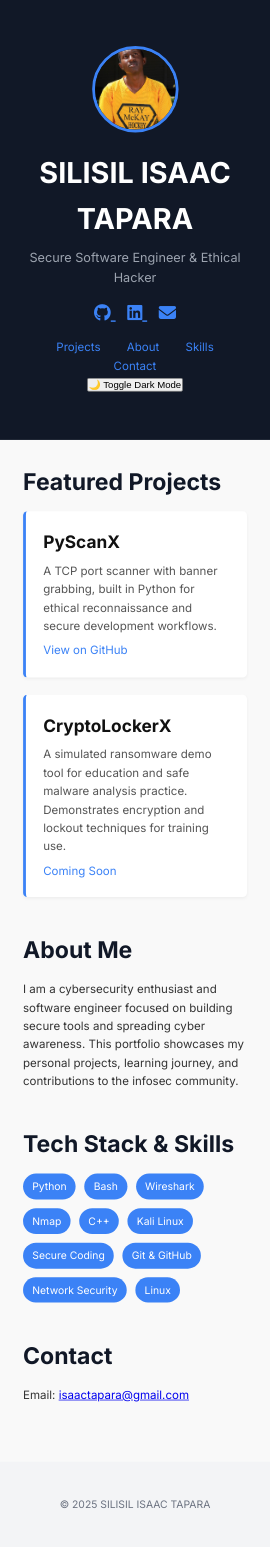
Repository: isaactapara/isaactapara.github.io
Page: index.html
The author's editor kept a copy of each file at every save. The page is drawn from the files as they stood at one save, then again after the next save.
The browser window is 375 px wide. The pictures show the whole page, at 72% of full size.
Some web libraries are served in a nearby version.

Above is the page before, as saved 2025-07-17 10:38:12.

After the next save:
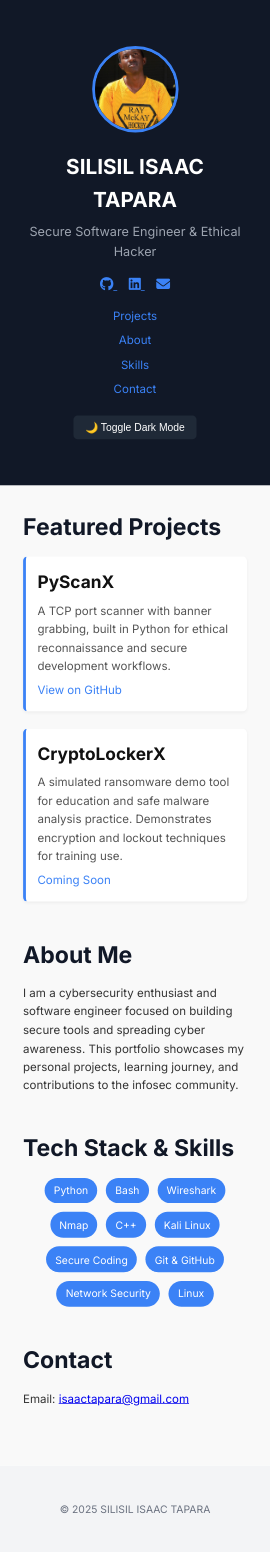
Saved 20 s later.
--- a/style.css
+++ b/style.css
@@ -120,6 +120,18 @@ footer {
 .social-icons a:hover {
   color: #1e40af;
 }
+
+#darkModeToggle {
+  margin-top: 1rem;
+  padding: 0.5rem 1rem;
+  background-color: #1f2937;
+  color: white;
+  border: none;
+  border-radius: 6px;
+  cursor: pointer;
+  font-size: 0.9rem;
+}
+
 .skills-grid {
   display: flex;
   flex-wrap: wrap;
@@ -134,3 +146,50 @@ footer {
   font-size: 0.9rem;
   font-weight: 500;
 }
+
+/* Dark Mode Styles */
+.dark-mode {
+  background-color: #111827;
+  color: #e5e7eb;
+}
+
+.dark-mode .project-card {
+  background-color: #1f2937;
+  border-left-color: #2563eb;
+}
+
+.dark-mode a {
+  color: #60a5fa;
+}
+
+.dark-mode nav a {
+  color: #93c5fd;
+}
+
+.dark-mode .skills-grid span {
+  background-color: #2563eb;
+}
+
+/* Mobile Responsiveness */
+@media (max-width: 600px) {
+  header h1 {
+    font-size: 1.8rem;
+  }
+
+  nav a {
+    display: block;
+    margin: 0.5rem 0;
+  }
+
+  .project-card {
+    padding: 1rem;
+  }
+
+  .skills-grid {
+    justify-content: center;
+  }
+
+  .social-icons a {
+    font-size: 1.2rem;
+  }
+}
